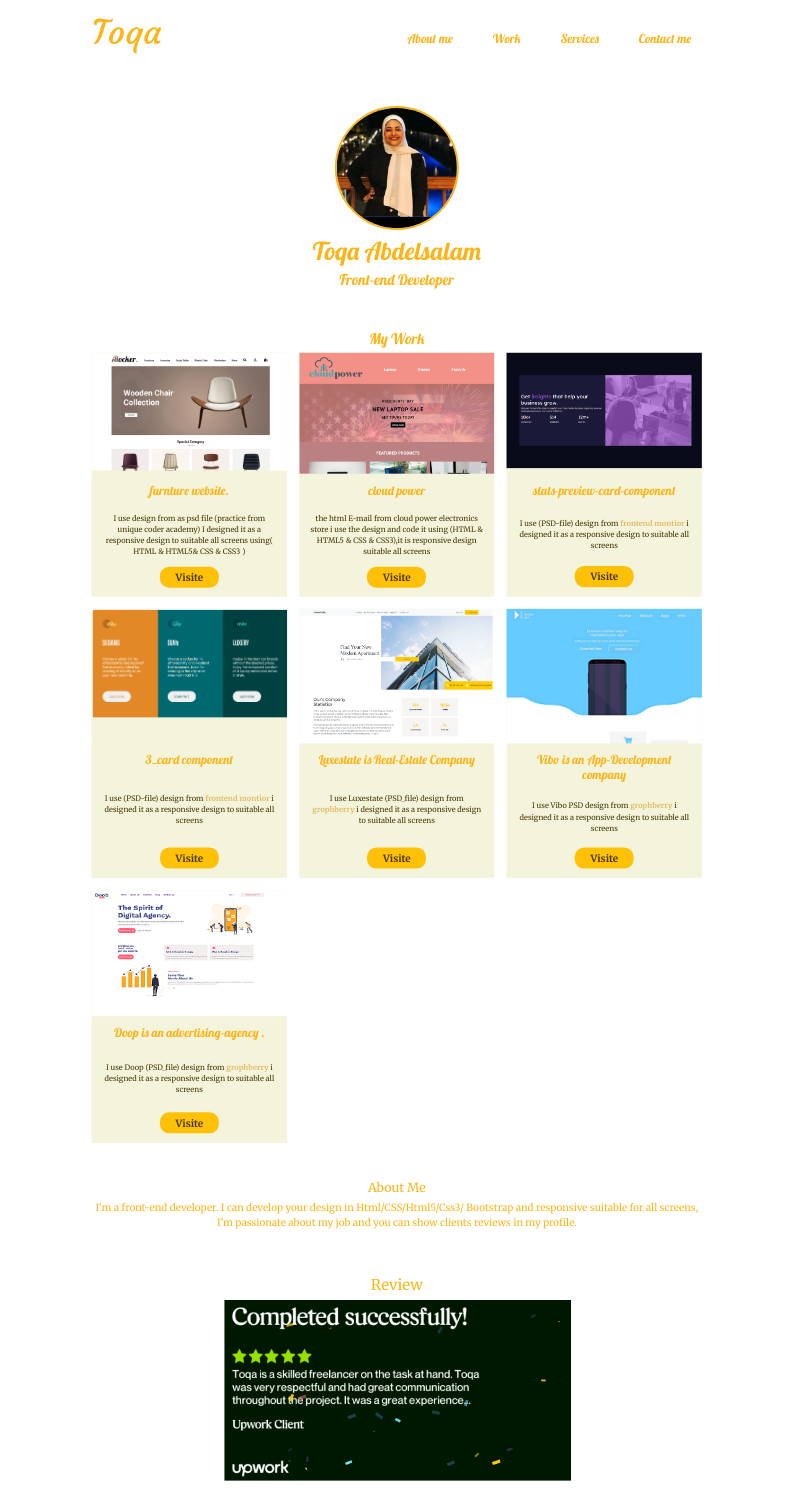
Repository: Toqa-25/portfolio
Page: index.html
These files come from the project's save history. The page is drawn as it stood at one moment and after the next save; the edit follows.
The browser window is 1280 px wide. The pictures show the whole page, at 62% of full size.
Some web fonts or font styles are not loaded; a fallback is used.

Above is the page before, as saved 2021-11-01 04:00:51.

After the next save:
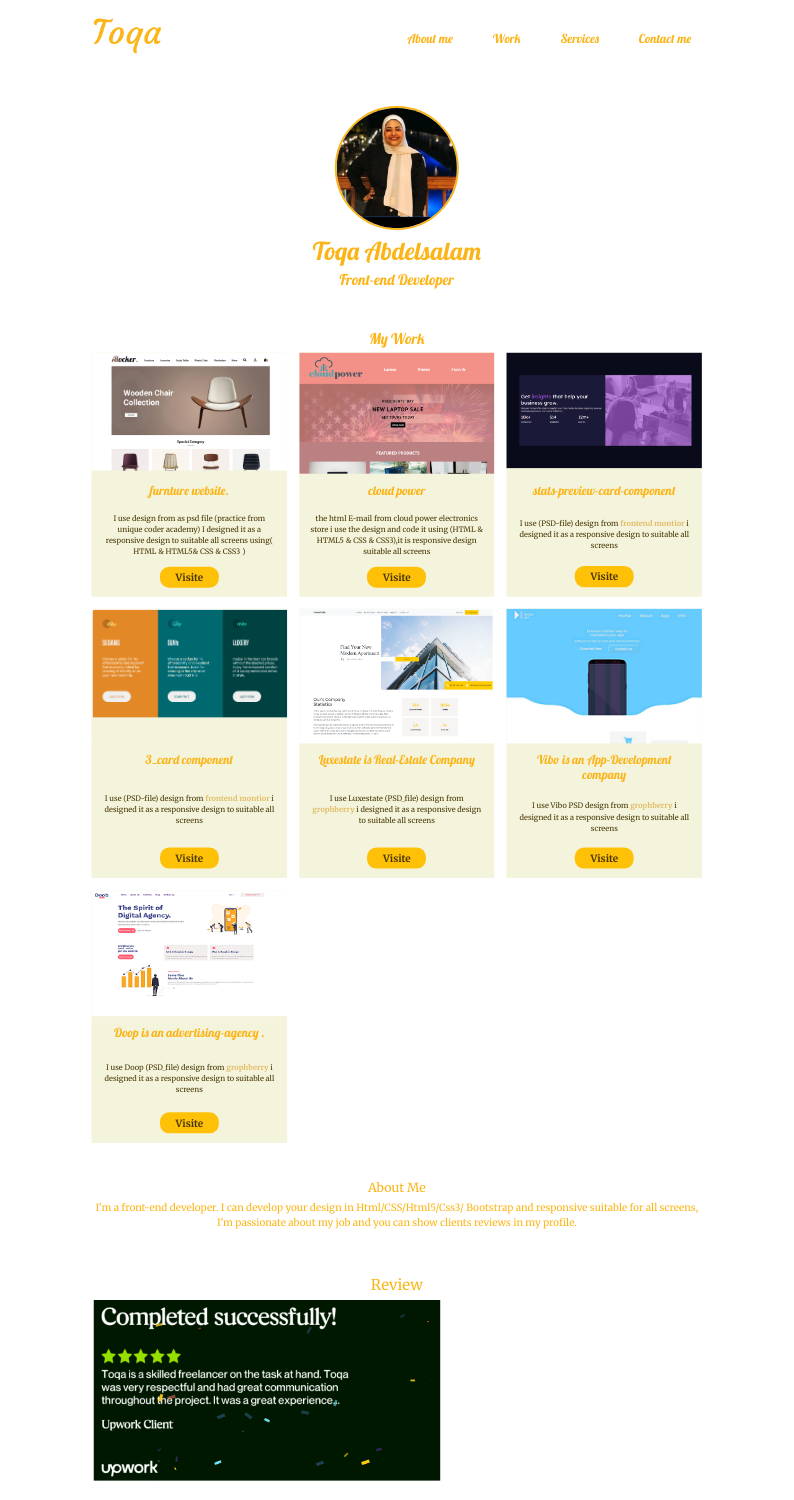
Saved 15 s later.
--- a/css/style.css
+++ b/css/style.css
@@ -251,7 +251,8 @@ text-align: center;
     text-align: center;
 }
 .review-img{
-    max
+    width:300px;
+
 }
 
 /*
